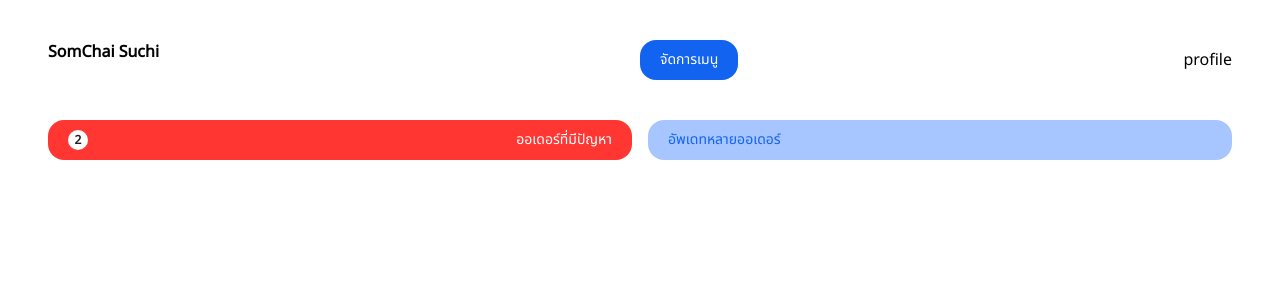
Repository: Pingping1004/food-ordering
Page: / (app in frontend/)
These files come from the project's save history. The page is drawn as it stood at one moment and after the next save; the edit follows.
The browser window is 1280 px wide. The pictures show the whole page.
The project was rebuilt for these pictures with package versions that can differ from the ones it lists, and the page was loaded fresh each time. The framework's server and built-in components were replaced by stand-ins that run in the browser. Also part of the build but not shown: frontend/next.config.ts.

Above is the page before, as saved 2025-06-04 05:27:37.

### frontend/src/app/layout.tsx
import type { Metadata } from "next";
import { Geist, Geist_Mono } from "next/font/google";
import "./globals.css";

const geistSans = Geist({
  variable: "--font-geist-sans",
  subsets: ["latin"],
});

const geistMono = Geist_Mono({
  variable: "--font-geist-mono",
  subsets: ["latin"],
});

export const metadata: Metadata = {
  title: "Create Next App",
  description: "Generated by create next app",
};

export default function RootLayout({
  children,
}: Readonly<{
  children: React.ReactNode;
}>) {
  return (
    <html lang="en">
      <head>
        {/* // Poppins google font api connected */}
          <link rel="preconnect" href="https://fonts.googleapis.com" />
          <link
              rel="preconnect"
              href="https://fonts.gstatic.com"
              crossOrigin="anonymous"
          />

          {/* // Poppins google font api connected */}
          <link href='https://fonts.googleapis.com/css?family=Noto Sans Thai' rel='stylesheet'></link>
      </head>
      <body
        className={`${geistSans.variable} ${geistMono.variable} antialiased`}
      >
        {children}
      </body>
    </html>
  );
}

### frontend/src/app/page.tsx
import { Button } from "@/components/Button";
import CookerHeader from "@/components/cookers/Header";
import { NumberIssued } from "@/components/NumberIssue";

export default function CookerHomePage() {
  return (
    <div className="py-10 px-6">
      <CookerHeader />
      <section className="grid grid-cols-2 px-6 py-10 gap-4">
        <Button
          variant="danger"
          size="md"
          className="flex items-center justify-between"
          icon={<NumberIssued issuedOrder={2} />}
        >
          ออเดอร์ที่มีปัญหา
        </Button>
        <Button
          variant="secondary"
          size="md"
          className="flex items-center justify-between"
        >อัพเดทหลายออเดอร์</Button>
      </section>
    </div>
  );
}

### frontend/src/app/globals.css
@import "tailwindcss";

body {
  font-family: 'Poppins', 'Noto Sans Thai', sans-serif;
}

:root {
  --background: #ffffff;
  --foreground: #171717;
}

@theme inline {
  --color-background: var(--background);
  --color-foreground: var(--foreground);
  --font-sans: var(--font-geist-sans);
  --font-mono: var(--font-geist-mono);
}

@theme {
    --color-danger-main: #FF3632;
    --color-danger-light: #FFB2B0;
    --color-primary-main: #1263F0;
    --color-primary-light: #A7C6FF;
}

@media (prefers-color-scheme: dark) {
  :root {
    --background: #0a0a0a;
    --foreground: #ededed;
  }
}

.bg-primary {
    background-color: #1263F0;
}

.text-primary {
  color: #1E1E1E;
}

.text-secondary {
  color: #1E1E1E;
  opacity: 0.75;
}

.text-tertiary {
  color: #1E1E1E;
  opacity: 0.5;
}
.text-quaternary {
  color: #1E1E1E;
  opacity: 0.25;
}

.poppins-thin {
  font-family: "Poppins", sans-serif;
  font-weight: 100;
  font-style: normal;
}

.poppins-extralight {
  font-family: "Poppins", sans-serif;
  font-weight: 200;
  font-style: normal;
}

.poppins-light {
  font-family: "Poppins", sans-serif;
  font-weight: 300;
  font-style: normal;
}

.poppins-regular {
  font-family: "Poppins", sans-serif;
  font-weight: 400;
  font-style: normal;
}

.poppins-medium {
  font-family: "Poppins", sans-serif;
  font-weight: 500;
  font-style: normal;
}

.poppins-semibold {
  font-family: "Poppins", sans-serif;
  font-weight: 600;
  font-style: normal;
}

.poppins-bold {
  font-family: "Poppins", sans-serif;
  font-weight: 700;
  font-style: normal;
}

.poppins-extrabold {
  font-family: "Poppins", sans-serif;
  font-weight: 800;
  font-style: normal;
}

.poppins-black {
  font-family: "Poppins", sans-serif;
  font-weight: 900;
  font-style: normal;
}

.noto-sans-regular {
  font-family: "Noto Sans Thai", sans-serif;
  font-weight: 400;
  font-style: normal;
}

.noto-sans-bold {
  font-family: "Noto Sans Thai", sans-serif;
  font-weight: 700;
  font-style: normal;
}

### frontend/src/components/Button.tsx
import { cva, VariantProps } from 'class-variance-authority';
import clsx from 'clsx';
import React from 'react';

const button = cva('noto-sans-regular text-sm', {
    variants: {
        variant: {
            primary: 'bg-primary-main text-white',
            secondary: 'bg-primary-light text-primary-main',
            danger: 'bg-danger-main text-white',
            'secondary-danger': 'bg-danger-light text-danger-main',
        },
        size: {
            md: 'px-5 py-2.5 rounded-2xl',
            lg: 'px-6 py-3 rounded-2xl',
            full: 'w-full py-3 rounded-2xl noto-sans-bold',
            half: 'w-1/2 py-2.5 rounded-2xl',
        },
        disabled: {
            true: 'opacity-50 cursor-not-allowed',
            false: 'cursor-pointer',
        }
    },
    defaultVariants: {
        variant: 'primary',
        size: 'md',
        disabled: false,
    },
});

type ButtonProps = React.ButtonHTMLAttributes<HTMLButtonElement> &
    VariantProps<typeof button> & {
        icon?: React.ReactNode;
        iconPosition?: 'start' | 'end';
    };

export const Button = ({
    className,
    variant,
    size,
    disabled,
    icon,
    iconPosition = 'start',
    children,
    ...props
}: ButtonProps) => {
    return (
        <button className={clsx(button({ variant, size, disabled }), className)} {...props}>
            {icon && iconPosition === 'start' && <span>{icon}</span>}
            <span>{children}</span>
            {icon && iconPosition === 'end' && <span>{icon}</span>}
        </button>
    );
}

### frontend/src/components/cookers/Header.tsx
import React from "react";
import { Button } from "../Button";

export default function CookerHeader() {
    return (
        <>
            <header className="w-full flex items-center px-6">
                <div className="grid grid-cols-2 w-full">
                    <div>
                        <h1 className="font-bold">SomChai Suchi</h1>
                    </div>

                    <div className="w-full flex justify-between items-center">
                        <Button
                            variant="primary"
                            size="md"
                        >จัดการเมนู</Button>

                        <div>
                            <div className="profile-icon">profile</div>
                        </div>
                    </div>
                </div>
            </header>
        </>
    );
}

### frontend/src/components/NumberIssue.tsx
import React from 'react';

export const NumberIssued = ({ issuedOrder }: { issuedOrder: number }) => {
    return (
        <div className="flex items-center justify-center w-5 h-5 rounded-full bg-white text-primary text-xs noto-sans-bold">
            {issuedOrder > 0 ? issuedOrder : 0}
        </div>
    )
}

After the next save:
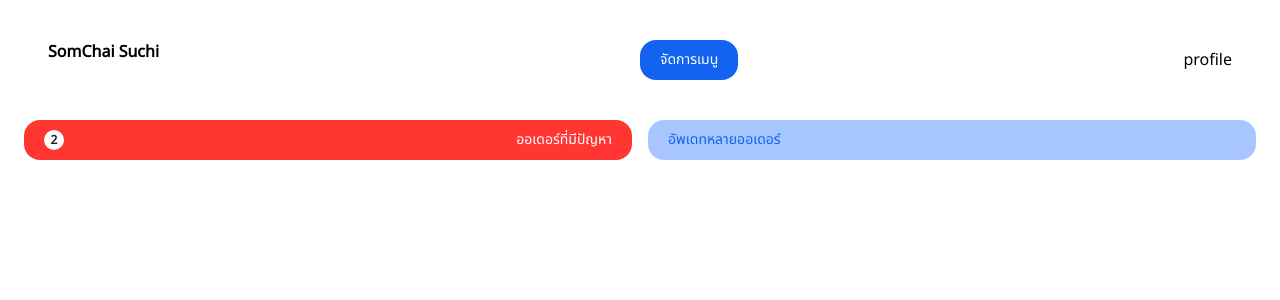
Saved 36 s later.
--- a/frontend/src/app/page.tsx
+++ b/frontend/src/app/page.tsx
@@ -6,7 +6,7 @@ export default function CookerHomePage() {
   return (
     <div className="py-10 px-6">
       <CookerHeader />
-      <section className="grid grid-cols-2 px-6 py-10 gap-4">
+      <section className="grid grid-cols-2 py-10 gap-4">
         <Button
           variant="danger"
           size="md"
